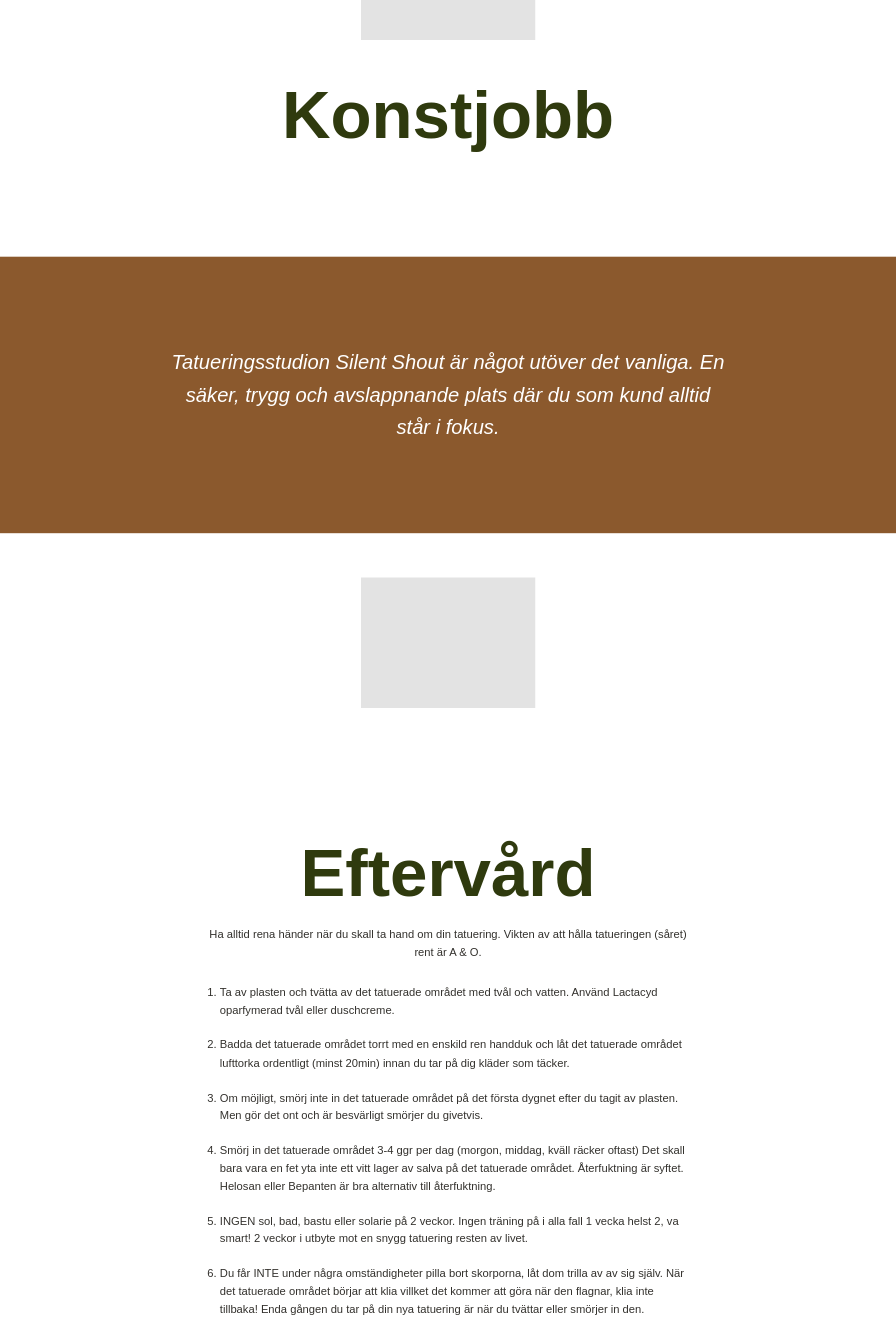
Repository: public-websites/silentshouttattoose
Page: index.html
The author's editor kept a copy of each file at every save. The page is drawn from the files as they stood at one save, then again after the next save.
The browser window is 1280 px wide. The pictures show the part of the page from y = 2224 to 4144 px (the page is 7973 px tall before and 8019 px after), at 70% of full size.
Pictures or frames that could not be fetched are drawn as grey boxes. Some web fonts or font styles are not loaded; a fallback is used.

Above is the page before, as saved 2025-08-26 20:16:46.

### index.html
<!DOCTYPE html>
<html lang="sv">
<head>
    <meta charset="UTF-8">
    <meta name="viewport" content="width=device-width, initial-scale=1.0">
    <title>Silent Shout - Den omtänksamma studion</title>
    <meta name="description" content="Tatuerare & konstnär baserad i Alingsås">
    <meta name="theme-color" content="#77772F">
    <meta name="apple-mobile-web-app-status-bar-style" content="black-translucent">

    <!-- Favicon -->
    <link rel="icon" type="image/svg+xml" href="favicon.svg">
    <link rel="icon" type="image/svg+xml" sizes="16x16" href="favicon-16x16.svg">
    <link rel="apple-touch-icon" href="favicon.svg">

    <!-- Fonts -->
    <link rel="preconnect" href="https://fonts.gstatic.com">
    <link rel="preload" href="https://fonts.googleapis.com/css?family=Open+Sans:400,700&display=swap" as="style" type="text/css" crossorigin>
    <link href="https://fonts.googleapis.com/css2?family=Reenie+Beanie&display=swap" rel="stylesheet">

    <!-- Styles -->
    <link rel="stylesheet" href="styles.css">
</head>
<body>
    <!-- Header -->
    <header class="social-header">
        <div class="container">
            <div class="social-icons">
                <a href="https://www.instagram.com/kjell_karamell?igsh=bGJsNGU3dXVlajFx" target="_blank" class="social-icon" aria-label="Instagram">
                    <svg viewBox="0 0 24 24" fill="currentColor">
                        <path d="M12 2.163c3.204 0 3.584.012 4.85.07 3.252.148 4.771 1.691 4.919 4.919.058 1.265.069 1.645.069 4.849 0 3.205-.012 3.584-.069 4.849-.149 3.225-1.664 4.771-4.919 4.919-1.266.058-1.644.07-4.85.07-3.204 0-3.584-.012-4.849-.07-3.26-.149-4.771-1.699-4.919-4.92-.058-1.265-.07-1.644-.07-4.849 0-3.204.013-3.583.07-4.849.149-3.227 1.664-4.771 4.919-4.919 1.266-.057 1.645-.069 4.849-.069zm0-2.163c-3.259 0-3.667.014-4.947.072-4.358.2-6.78 2.618-6.98 6.98-.059 1.281-.073 1.689-.073 4.948 0 3.259.014 3.668.072 4.948.2 4.358 2.618 6.78 6.98 6.98 1.281.058 1.689.072 4.948.072 3.259 0 3.668-.014 4.948-.072 4.354-.2 6.782-2.618 6.979-6.98.059-1.28.073-1.689.073-4.948 0-3.259-.014-3.667-.072-4.947-.196-4.354-2.617-6.78-6.979-6.98-1.281-.059-1.69-.073-4.949-.073zm0 5.838c-3.403 0-6.162 2.759-6.162 6.162s2.759 6.163 6.162 6.163 6.162-2.759 6.162-6.163c0-3.403-2.759-6.162-6.162-6.162zm0 10.162c-2.209 0-4-1.79-4-4 0-2.209 1.791-4 4-4s4 1.791 4 4c0 2.21-1.791 4-4 4zm6.406-11.845c-.796 0-1.441.645-1.441 1.44s.645 1.44 1.441 1.44c.795 0 1.439-.645 1.439-1.44s-.644-1.44-1.439-1.44z"/>
                    </svg>
                </a>
                <a href="https://www.facebook.com/share/1YnnBbFjPi/" target="_blank" class="social-icon" aria-label="Facebook">
                    <svg viewBox="0 0 24 24" fill="currentColor">
                        <path d="M24 12.073c0-6.627-5.373-12-12-12s-12 5.373-12 12c0 5.99 4.388 10.954 10.125 11.854v-8.385H7.078v-3.47h3.047V9.43c0-3.007 1.792-4.669 4.533-4.669 1.312 0 2.686.235 2.686.235v2.953H15.83c-1.491 0-1.956.925-1.956 1.874v2.25h3.328l-.532 3.47h-2.796v8.385C19.612 23.027 24 18.062 24 12.073z"/>
                    </svg>
                </a>
                <a href="mailto:silentshouttattoo@gmail.com" class="social-icon" aria-label="Email">
                    <svg viewBox="0 0 24 24" fill="currentColor">
                        <path d="M20 4H4c-1.1 0-1.99.9-1.99 2L2 18c0 1.1.9 2 2 2h16c1.1 0 2-.9 2-2V6c0-1.1-.9-2-2-2zm0 4l-8 5-8-5V6l8 5 8-5v2z"/>
                    </svg>
                </a>
            </div>
            <div class="cta-buttons">
                <a href="#boka-tid" class="cta-header-button">Boka tid konst</a>
                <a href="#boka-tid" class="cta-header-button active">Boka tid tatuering</a>
            </div>
        </div>
    </header>

    <main>
        <!-- Hero Section -->
        <section class="hero">
            <div class="container">
                <div class="hero-text">
                    <h1 class="hero-welcome">Välkommen</h1>
                    <img src="silentshouttattoo-outline.svg" alt="Silent Shout Tattoo Logo" class="studio-logo">
                    <p class="studio-tagline">Affordable Quality Tattoos</p>
                    <p class="location">Tatuerare & konstnär baserad i Alingsås</p>
                    <a href="#boka-tid" class="cta-button">Skicka förfrågan</a>
                </div>
            </div>
        </section>

        <!-- Story Section -->
        <section class="story-section">
            <div class="container">
                <div class="story-content fade-in">
                    <p class="story-text">
                        Tatueringsstudion Silent Shout är något utöver det vanliga. En säker, trygg och avslappnande plats där du som kund alltid står i fokus.
                    </p>
                    <p class="story-text">
                        Här hittar ni tatueraren och konstnären Kjell Saxberg, kanske mer bekant som "kjell_karamell" en tatuerare med rötterna i den "gamla skolan" där konstnärlig mångsidighet var ett krav för att få ta plats i branschen.
                    </p>
                    <p class="story-text">
                        Kjell har tatuerat professionellt sedan 2012.
Med all den erfarenheten som han har samlat på sig under årens gång har han ett alldeles unikt sätt att se och röra sig inom tatueringskonstens värld.
                        Den 29e juni 2024 öppnades dörrarna till Silent Shout Tattoo som är belägen på Norra Strömgatan 13A i Alingsås.
                    </p>
                    <p class="story-highlight">
                        Varmt välkommen in till tatuering och dess trollbindande värld.
                        <br><br>
                        Medlem i SRT.
                    </p>

                    <!-- Certification Badge -->
                    <div class="certification-badge">
                        <a href="https://s-r-t.se/" target="_blank" aria-label="Sveriges Registrerade Tatuerare">
                            <img src="sveriges-registrerade-tatuerare-badge.jpg" alt="Sveriges Registrerade Tatuerare - Certifierad Tatuerare" class="certification-image">
                        </a>
                    </div>
                </div>
            </div>
        </section>

        <!-- Konstjobb Section -->
        <section class="large-text-section">
            <div class="animated-gif">
                <img src="https://media2.giphy.com/media/v1.Y2lkPTc5MGI3NjExbzJpbTR2cWllN2oxamhwMTZ6MjFmYzZ1czZ1b2Y0cXg3MmRrZDRkbiZlcD12MV9pbnRlcm5hbF9naWZfYnlfaWQmY3Q9Zw/3ohs7UJi7uqAcquQoM/giphy.gif" alt="Animated line drawing" />
            </div>
            <div class="container">
                <h2 class="large-text split fade-in">Konstjobb</h2>

            </div>
        </section>

        <!-- Philosophy Section -->
        <section class="philosophy-section">
            <div class="container">
                <h3 class="philosophy-text fade-in">
                    Tatueringsstudion Silent Shout är något utöver det vanliga. En säker, trygg och avslappnande plats där du som kund alltid står i fokus.
                </h3>
            </div>
        </section>

        <!-- Animated GIF -->
        <div class="animated-gif">
            <img src="https://media1.giphy.com/media/v1.Y2lkPTc5MGI3NjExb3oyNzAwYWVybXM2d2RmM2xxcXA2eDIxanVuOTFydTJiaXpoYngzOSZlcD12MV9pbnRlcm5hbF9naWZfYnlfaWQmY3Q9Zw/7rZOPP0VYSgWdVHQiv/giphy.gif" alt="Animated line drawing 1" />
        </div>

        <!-- Eftervård Section -->
        <section class="large-text-section">
            <div class="container">
                <h2 class="large-text split fade-in">Eftervård</h2>
                <div class="aftercare-content fade-in">
                    <p class="philosophy-text">
                        Ha alltid rena händer när du skall ta hand om din tatuering. Vikten av att hålla tatueringen (såret) rent är A & O.
                    </p>

                    <ol class="aftercare-list">
                        <li>Ta av plasten och tvätta av det tatuerade området med tvål och vatten. Använd Lactacyd oparfymerad tvål eller duschcreme.</li>
                        <li>Badda det tatuerade området torrt med en enskild ren handduk och låt det tatuerade området lufttorka ordentligt (minst 20min) innan du tar på dig kläder som täcker.</li>
                        <li>Om möjligt, smörj inte in det tatuerade området på det första dygnet efter du tagit av plasten. Men gör det ont och är besvärligt smörjer du givetvis.</li>
                        <li>Smörj in det tatuerade området 3-4 ggr per dag (morgon, middag, kväll räcker oftast) Det skall bara vara en fet yta inte ett vitt lager av salva på det tatuerade området. Återfuktning är syftet. Helosan eller Bepanten är bra alternativ till återfuktning.</li>
                        <li>INGEN sol, bad, bastu eller solarie på 2 veckor. Ingen träning på i alla fall 1 vecka helst 2, va smart! 2 veckor i utbyte mot en snygg tatuering resten av livet.</li>
                        <li>Du får INTE under några omständigheter pilla bort skorporna, låt dom trilla av av sig själv. När det tatuerade området börjar att klia villket det kommer att göra när den flagnar, klia inte tillbaka! Enda gången du tar på din nya tatuering är när du tvättar eller smörjer in den.</li>
                    </ol>

                    <p class="philosophy-text">
                        Tänk alltid rent när du skall ta hand om din nya tatuering. Rena kläder, sängkläder och handduk, ny tvål och hudkräm. Undvik parfym på eller i närheten av tatueringen. Om tatueringen skulle bli infekterad sök vård.
                    </p>
                </div>
            </div>

            <!-- Additional GIF Elements -->
            <div class="animated-gif">
                <img src="https://media1.giphy.com/media/v1.Y2lkPTc5MGI3NjExb3oyNzAwYWVybXM2d2RmM2xxcXA2eDIxanVuOTFydTJiaXpoYngzOSZlcD12MV9pbnRlcm5hbF9naWZfYnlfaWQmY3Q9Zw/7rZOPP0VYSgWdVHQiv/giphy.gif" alt="Animated line drawing 2" />
            </div>
            <div class="animated-gif">
                <img src="https://media1.giphy.com/media/v1.Y2lkPTc5MGI3NjExb3oyNzAwYWVybXM2d2RmM2xxcXA2eDIxanVuOTFydTJiaXpoYngzOSZlcD12MV9pbnRlcm5hbF9naWZfYnlfaWQmY3Q9Zw/7rZOPP0VYSgWdVHQiv/giphy.gif" alt="Animated line drawing 3" />
            </div>
        </section>

        <!-- Booking Section -->
        <section class="booking-section" id="booking">
            <div class="container">
                <h2 class="booking-title fade-in">Boka tid</h2>
                <div class="form-container fade-in">
                    <!-- Profile and Contact Info -->
                    <div class="profile-contact-row">
                        <div class="profile-image-wrapper">
                            <img src="profile.jpg" alt="Silent Shout Tattoo Artist" class="profile-image">
                        </div>
                        <div class="profile-contact-info">
                            <div class="contact-info-section">
                                <h4>Telefon</h4>
                                <p><a href="tel:0760620068">076-062 00 68</a></p>
                                <h4>E-post</h4>
                                <p><a href="mailto:silentshouttattoo@gmail.com">silentshouttattoo@gmail.com</a></p>
                                <h4>Instagram</h4>
                                <p><a href="https://www.instagram.com/kjell_karamell?igsh=bGJsNGU3dXVlajFx" target="_blank">@kjell_karamell</a></p>
                                <h4>Facebook</h4>
                                <p><a href="https://www.facebook.com/share/1YnnBbFjPi/" target="_blank">Silent Shout Tattoo</a></p>
                            </div>
                        </div>
                    </div>

                    <!-- Booking anchor for smooth navigation -->
                    <span id="boka-tid"></span>

                    <!-- Form Toggle Buttons -->
                    <div class="form-toggle">
                        <button class="toggle-btn active" data-form="custom">Snabbformulär</button>
                        <button class="toggle-btn" data-form="google">Detaljerat Formulär</button>
                    </div>

                    <!-- Custom Form -->
                    <form class="custom-form" id="contactForm" method="POST" action="/send-email">
                        <div class="form-intro">
                            <h3>Har du frågor eller vill du boka tid? Fyll i formuläret så kontaktar vi dig så fort vi kan.</h3>
                        </div>

                        <div class="form-fields">
                            <div class="form-row">
                                <div class="form-group">
                                    <input type="text" id="name" name="name" placeholder="Namn" required>
                                </div>
                                <div class="form-group">
                                    <input type="email" id="email" name="email" placeholder="E-post" required>
                                </div>
                            </div>
                            <div class="form-row">
                                <div class="form-group">
                                    <input type="tel" id="phone" name="phone" placeholder="Telefon" required>
                                </div>
                                <div class="form-group">
                                    <textarea id="message" name="message" rows="4" placeholder="Meddelande"></textarea>
                                </div>
                            </div>
                            <div class="checkbox-group">
                                <input type="checkbox" id="privacy" name="privacy" required>
                                <label for="privacy">
                                    Jag accepterar <a href="#" target="_blank">Hantering av personuppgifter</a>
                                </label>
                            </div>
                            <button type="submit" class="submit-button">SKICKA</button>
                        </div>
                    </form>

                    <!-- Google Forms Container -->
                    <div class="google-form-container" style="display: none;">
                        <div class="form-loading" id="formLoading">
                            <div class="spinner"></div>
                            <p>laddar formulär...</p>
                        </div>
                        <iframe
                            src="https://docs.google.com/forms/d/e/1FAIpQLSe5F3VtygnRylmXwHNeTswBMIdDoRpoEf7FgPYu2_uIHeA4zQ/viewform?embedded=true&vc=0&c=0&w=1&flr=0"
                            frameborder="0"
                            marginheight="0"
                            marginwidth="0"
                            onload="hideLoading()"
                            style="display: none;"
                            id="bookingForm">
                            Laddar...
                        </iframe>
                    </div>
                </div>
            </div>
        </section>

        <!-- Reviews Section -->
        <section class="stories-section">
            <div class="container">
                <h2 class="stories-title fade-in">Recensioner</h2>
                <div class="story-card fade-in">
                    <p>
                        "Kjell är en fantastiskt duktig, trevlig och professionell tatuerare. Hans kärlek till denna konstform lyser verkligen igenom.
                        Alltid mycket god stämning i studion, trevlig att prata med, tar väl hand om sina kunder och lyssnar och löser önskemål enkelt.
                        Duktig på customs och har mängder av fina flashmotiv.

                        Kan rekommendera alla ett besök hos Kjell, vare sig en vill ha något stort eller litet, avancerat eller enkelt."
                    </p>
                </div>
                <div class="review-heart">🧡</div>
                </div>
            </div>
        </section>
    </main>

    <!-- Footer -->
    <footer class="social-footer">
        <div class="container">
            <img src="silentshouttattoo-infill-white.svg" alt="Silent Shout Tattoo Logo" class="studio-logo">
            <div class="contact-info">
                <p><a href="mailto:silentshouttattoo@gmail.com">silentshouttattoo@gmail.com</a></p>
                <p><a href="tel:0760620068">076-062 00 68</a></p>
                <p>Norra Strömgatan 13A, Alingsås</p>
                <br>
                <p style="padding-bottom: 1.5em;"><a href="https://www.instagram.com/kjell_karamell?igsh=bGJsNGU3dXVlajFx" target="_blank">Följ uppdateringar på Instagram för gästplatser</a></p>
            </div>
            <div class="social-icons">
                <a href="https://www.instagram.com/kjell_karamell?igsh=bGJsNGU3dXVlajFx" target="_blank" class="social-icon" aria-label="Instagram">
                    <svg viewBox="0 0 24 24" fill="currentColor">
                        <path d="M12 2.163c3.204 0 3.584.012 4.85.07 3.252.148 4.771 1.691 4.919 4.919.058 1.265.069 1.645.069 4.849 0 3.205-.012 3.584-.069 4.849-.149 3.225-1.664 4.771-4.919 4.919-1.266.058-1.644.07-4.85.07-3.204 0-3.584-.012-4.849-.07-3.26-.149-4.771-1.699-4.919-4.92-.058-1.265-.07-1.644-.07-4.849 0-3.204.013-3.583.07-4.849.149-3.227 1.664-4.771 4.919-4.919 1.266-.057 1.645-.069 4.849-.069zm0-2.163c-3.259 0-3.667.014-4.947.072-4.358.2-6.78 2.618-6.98 6.98-.059 1.281-.073 1.689-.073 4.948 0 3.259.014 3.668.072 4.948.2 4.358 2.618 6.78 6.98 6.98 1.281.058 1.689.072 4.948.072 3.259 0 3.668-.014 4.948-.072 4.354-.2 6.782-2.618 6.979-6.98.059-1.28.073-1.689.073-4.948 0-3.259-.014-3.667-.072-4.947-.196-4.354-2.617-6.78-6.979-6.98-1.281-.059-1.69-.073-4.949-.073zm0 5.838c-3.403 0-6.162 2.759-6.162 6.162s2.759 6.163 6.162 6.163 6.162-2.759 6.162-6.163c0-3.403-2.759-6.162-6.162-6.162zm0 10.162c-2.209 0-4-1.79-4-4 0-2.209 1.791-4 4-4s4 1.791 4 4c0 2.21-1.791 4-4 4zm6.406-11.845c-.796 0-1.441.645-1.441 1.44s.645 1.44 1.441 1.44c.795 0 1.439-.645 1.439-1.40s-.644-1.44-1.439-1.44z"/>
                    </svg>
                </a>
                <a href="https://www.facebook.com/share/1YnnBbFjPi/" target="_blank" class="social-icon" aria-label="Facebook">
                    <svg viewBox="0 0 24 24" fill="currentColor">
                        <path d="M24 12.073c0-6.627-5.373-12-12-12s-12 5.373-12 12c0 5.99 4.388 10.954 10.125 11.854v-8.385H7.078v-3.47h3.047V9.43c0-3.007 1.792-4.669 4.533-4.669 1.312 0 2.686.235 2.686.235v2.953H15.83c-1.491 0-1.956.925-1.956 1.874v2.25h3.328l-.532 3.47h-2.796v8.385C19.612 23.027 24 18.062 24 12.073z"/>
                    </svg>
                </a>
                <a href="mailto:silentshouttattoo@gmail.com" class="social-icon" aria-label="Email">
                    <svg viewBox="0 0 24 24" fill="currentColor">
                        <path d="M20 4H4c-1.1 0-1.99.9-1.99 2L2 18c0 1.1.9 2 2 2h16c1.1 0 2-.9 2-2V6c0-1.1-.9-2-2-2zm0 4l-8 5-8-5V6l8 5 8-5v2z"/>
                    </svg>
                </a>
            </div>
        </div>
    </footer>

    <!-- Scroll to Top Button -->
    <button id="scrollToTop" class="scroll-to-top" aria-label="Scrolla till toppen">
        <svg viewBox="0 0 24 24" fill="currentColor">
            <path d="M7.41 15.41L12 10.83l4.59 4.58L18 14l-6-6-6 6z"/>
        </svg>
    </button>

    <script src="script.js"></script>
</body>
</html>

Loaded but not shown: script.js (156 lines, source omitted); styles.css (1121 lines, source omitted)

After the next save:
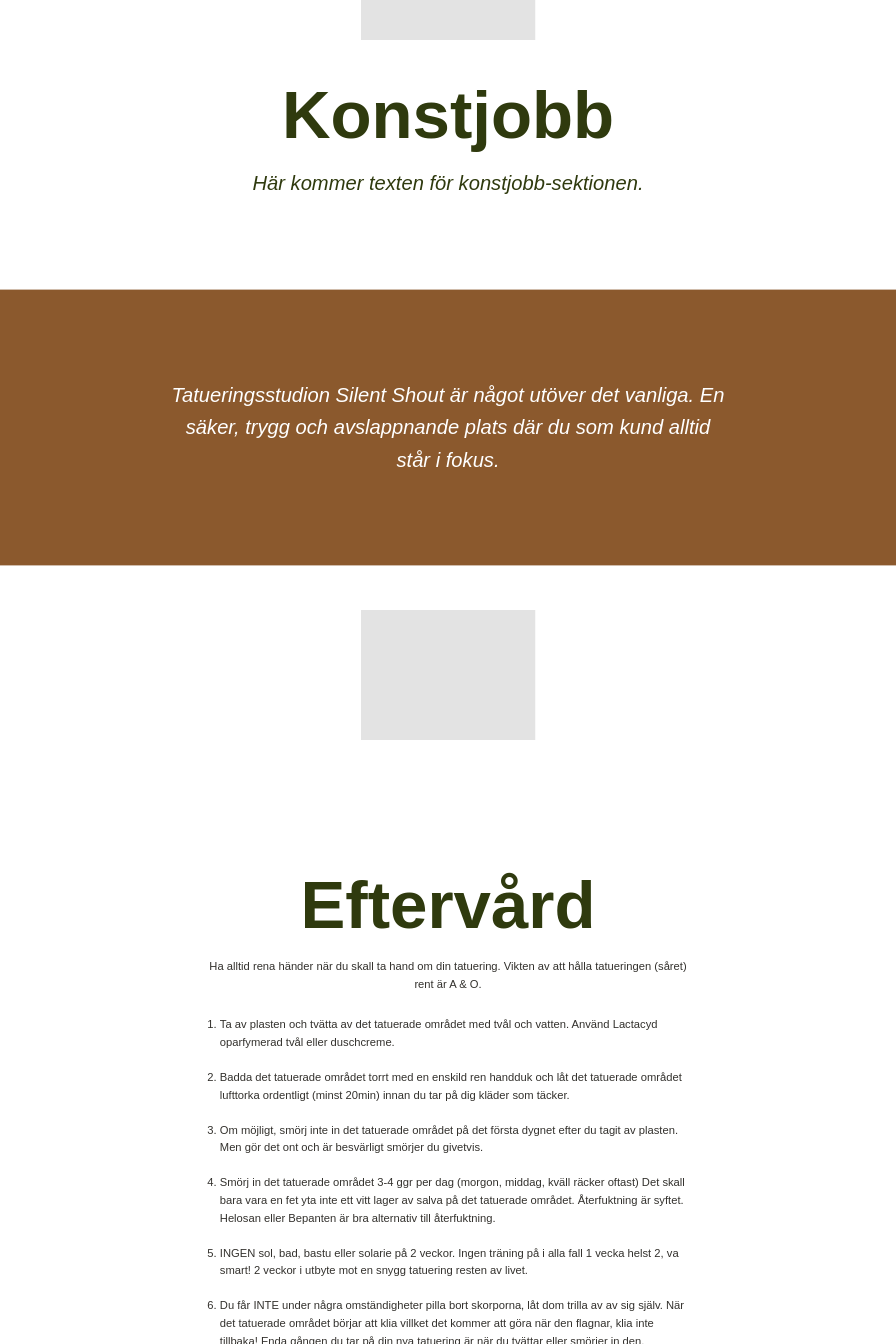
Saved 33 s later.
--- a/index.html
+++ b/index.html
@@ -101,7 +101,9 @@
             </div>
             <div class="container">
                 <h2 class="large-text split fade-in">Konstjobb</h2>
-
+                <p class="philosophy-text">
+                    Här kommer texten för konstjobb-sektionen.
+                </p>
             </div>
         </section>
 
